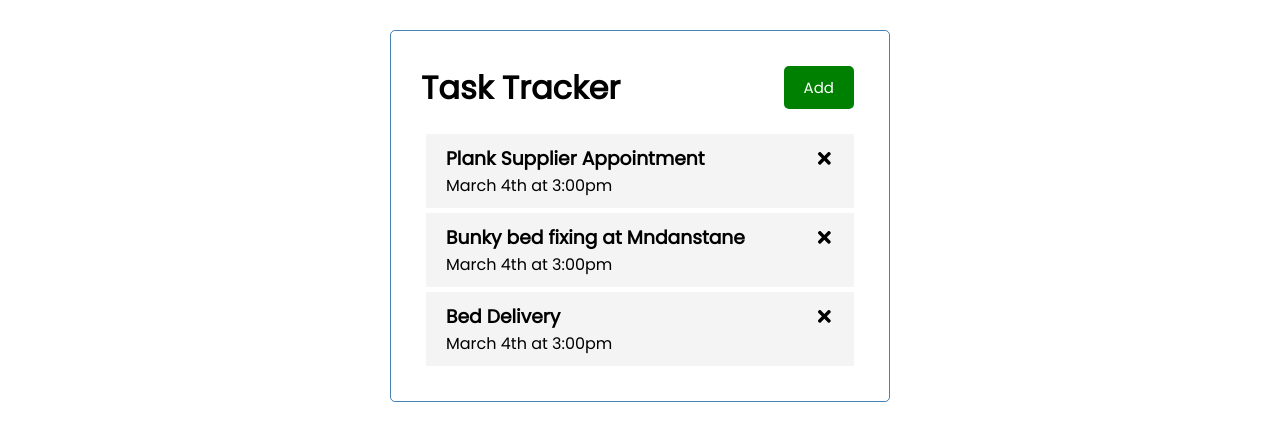
Repository: biggie-pti/task-tracker-react-app
Page: /
These files come from the project's save history. The page is drawn as it stood at one moment and after a run of saves; the edit follows.
The browser window is 1280 px wide. The pictures show the whole page.
The project was rebuilt for these pictures with package versions that can differ from the ones it lists, and the page was loaded fresh each time.

Above is the page before, as saved 2022-02-20 16:00:56.

### public/index.html
<!DOCTYPE html>
<html lang="en">
  <head>
    <meta charset="utf-8" />
    <link rel="icon" href="%PUBLIC_URL%/favicon.ico" />
    <meta name="viewport" content="width=device-width, initial-scale=1" />
    <meta name="theme-color" content="#000000" />
    <meta
      name="description"
      content="Web site created using create-react-app"
    />
    <link rel="apple-touch-icon" href="%PUBLIC_URL%/logo192.png" />

    <link rel="manifest" href="%PUBLIC_URL%/manifest.json" />

    <title>Task Tracker</title>
  </head>
  <body>
    <noscript>You need to enable JavaScript to run this app.</noscript>
    <div id="root"></div>

  </body>
</html>

### src/App.js
import Header from "./components/Header";
import Tasks from "./components/Tasks";
import { useState } from "react"
function App() {

  const [tasks, setTasks]= useState(

    [
        {
            id: 1,
            text: 'Plank Supplier Appointment',
            day: 'March 4th at 3:00pm',
            reminder: true,
        },
        {
            id: 2,
            text: 'Bunky bed fixing at Mndanstane',
            day: 'March 4th at 3:00pm',
            reminder: true,
        },
        {
            id: 3,
            text: 'Bed Delivery',
            day: 'March 4th at 3:00pm',
            reminder: true,
        },
    ]
)

  return (
    <div className="container">
    <Header />
    <Tasks tasks={tasks}/>
    </div>
  );
}

export default App;

### src/components/Header.js
import PropTypes from 'prop-types'
import Button from './Button'
const Header = ({title}) => {
    const onClick=()=>{
console.log('Click')
    }
  return (
    <header className='header'>
        <h1>

        {title}
        </h1>
       <Button color='green' text='Add' onClick={onClick}/>
        </header>
  )
}
Header.defaultProps={
    title: 'Task Tracker',
}

Header.propTypes={
    title: PropTypes.string,
}

//CSS in JS
// const headingStyle={
//     color:'red',
//     backgroundColor:'black',
// }

export default Header

### src/components/Tasks.js

import Task from "./Task"
const Tasks = ({tasks}) => {

  return (
    <>
{tasks.map((task)=>(
    <Task key={task.id} task={task} />
)


)}

    </>
  )
}

export default Tasks

### src/components/Button.js

import PropTypes from 'prop-types'

const Button = ({color,text, onClick}) => {


  return (
   <button

   onClick={onClick}
   style={{backgroundColor: color}}
    className='btn'>{text}

    </button>
  )
}
Button.defaultProps={
    color: 'steelblue',
}
Button.protoTypes={
    text: PropTypes.string,
    color: PropTypes.string,
    onClick: PropTypes.func,
}

export default Button

### src/components/Task.js

import {FaTimes} from 'react-icons/fa'
const Task = ({task}) => {
  return (
    <div className='task'>
        <h3>{task.text}<FaTimes/></h3>
        <p>{task.day}</p>

    </div>
  )
}

export default Task

Loaded but not shown: src/index.js (common file); src/index.css (common file); src/reportWebVitals.js (common file)

After the next 10 saves:
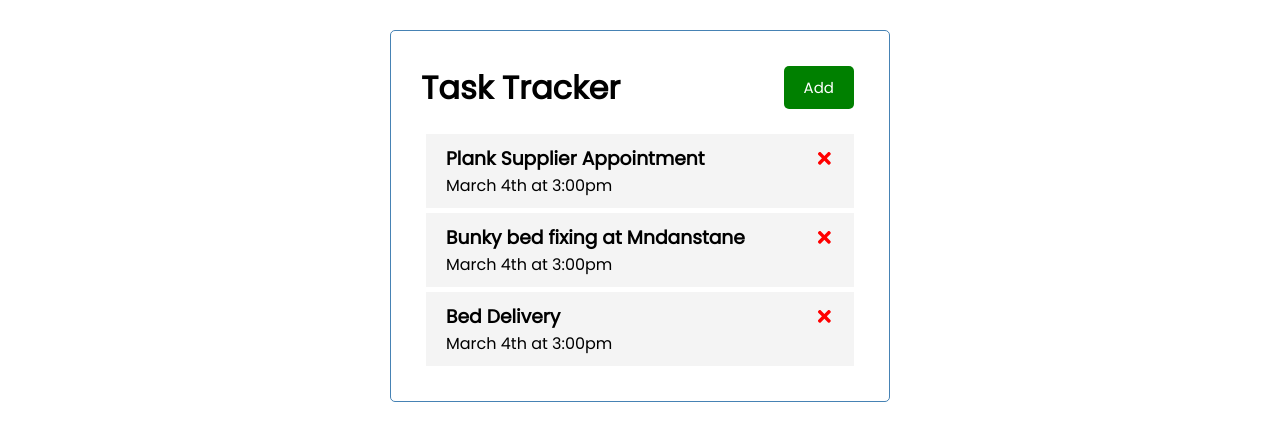
The 10 saves are shown as one change because 4 did not build or start and some came seconds apart.
The last was saved 2 min 56 s later.
--- a/src/components/Task.js
+++ b/src/components/Task.js
@@ -3,7 +3,7 @@ import {FaTimes} from 'react-icons/fa'
 const Task = ({task}) => {
   return (
     <div className='task'>
-        <h3>{task.text}<FaTimes/></h3>
+        <h3>{task.text}<FaTimes style={{color:'red'}}/></h3>
         <p>{task.day}</p>
 
     </div>
